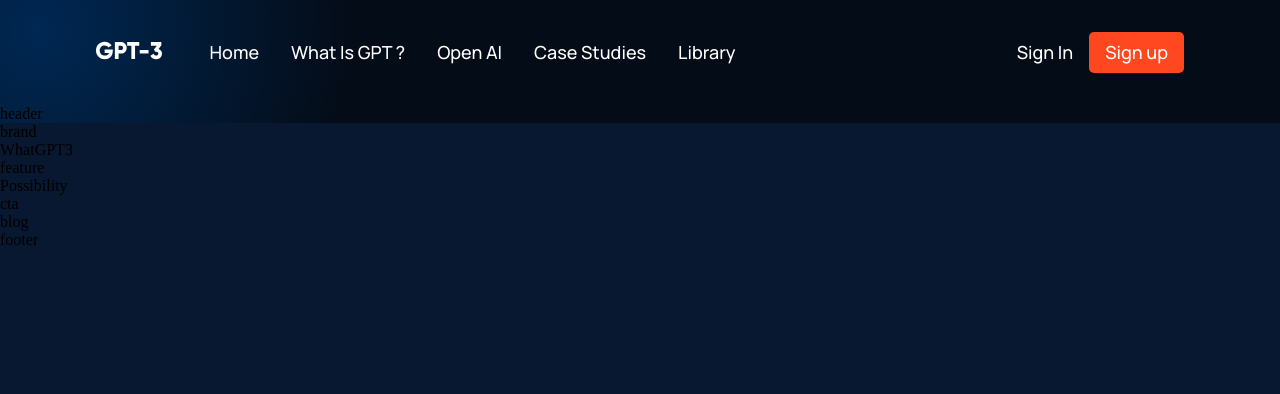
Repository: smitranjansingh29/gpt3-react
Page: /
The author's editor kept a copy of each file at every save. The page is drawn from the files as they stood at one save, then again after the next save.
The browser window is 1280 px wide. The pictures show the whole page.
The project was rebuilt for these pictures with package versions that can differ from the ones it lists, and the page was loaded fresh each time. Also part of the build but not shown: src/components/brand/brand.css, src/components/cta/cta.css, src/components/feature/feature.css, src/components/feature/Feature.jsx, src/containers/features/feature.css, src/containers/footer/footer.css, src/containers/header/header.css, src/containers/possibility/possibility.css and 1 more.

Above is the page before, as saved 2023-10-02 19:45:20.

### src/index.js
import React from 'react';
import ReactDOM from 'react-dom';
import App from './App';
import './index.css';

ReactDOM.render( < App / > , document.getElementById('root'));

### src/App.js
import React from 'react';

import { Brand , Cta , Navbar } from './components';
import { Footer , Blog , Possibility , Features , WhatGPT3 , Header } from './containers';

import './App.css';
const App = () => {
  return (
    <div className='App' >
    <div className='gradient__bg' >
      <Navbar/>
      <Header/>
    </div>
    <Brand/>
    <WhatGPT3/>
    <Features/>
    <Possibility/>
    <Cta/>
    <Blog/>
    <Footer/>
    </div>
  )
}

export default App

### src/index.css
@import url('https://fonts.googleapis.com/css2?family=Manrope:wght@200;300;400;500;600;700;800&display=swap');
:root {
    --font-family: 'Manrope', sans-serif;
    --gradient-text: linear-gradient(89.97deg, #AE67FA 1.84%, #F49867 102.67%);
    --gradient-bar: linear-gradient(103.22deg, #AE67FA -13.86%, #F49867 99.55%);
    --color-bg: #081830;
    --color-footer: #031B34;
    --color-blog: #042c54;
    --color-text: #81AFDD;
    --color-subtext: #FF8A71;
}

### src/components/index.js
export { default as Article } from './article/Article';
export { default as Brand } from './brand/Brand';
export { default as Cta } from './cta/Cta';
export { default as Feature } from './feature/Feature';
export { default as Navbar } from './navbar/Navbar';

### src/App.css
* {
    padding: 0;
    margin: 0;
    box-sizing: border-box;
    scroll-behavior: smooth;
}

body {
    background: var(--color-bg);
}

a {
    color: unset;
    text-decoration: none;
}

.gradient__bg {
    background: -moz-radial-gradient(circle at 3% 25%, rgba(0, 40, 83, 1) 0%, rgba(4, 12, 24, 1) 25%);
    /* safari 5.1+,chrome 10+ */
    background: -webkit-radial-gradient(circle at 3% 25%, rgba(0, 40, 83, 1) 0%, rgba(4, 12, 24, 1) 25%);
    /* opera 11.10+ */
    background: -o-radial-gradient(circle at 3% 25%, rgba(0, 40, 83, 1) 0%, rgba(4, 12, 24, 1) 25%);
    /* ie 10+ */
    background: -ms-radial-gradient(circle at 3% 25%, rgba(0, 40, 83, 1) 0%, rgba(4, 12, 24, 1) 25%);
    /* global 92%+ browsers support */
    background: radial-gradient(circle at 3% 25%, rgba(0, 40, 83, 1) 0%, rgba(4, 12, 24, 1) 25%);
}

.gradient__text {
    background: var(--gradient-text);
    background-clip: text;
    -webkit-background-clip: text;
    -webkit-text-fill-color: transparent;
}

.section__padding {
    padding: 4rem 6rem;
}

.section__margin {
    margin: 4rem 6rem;
}

.scale-up-center {
    -webkit-animation: scale-up-center 0.4s cubic-bezier(0.390, 0.575, 0.565, 1.000) both;
    animation: scale-up-center 0.4s cubic-bezier(0.390, 0.575, 0.565, 1.000) both;
}

@-webkit-keyframes scale-up-center {
    0% {
        -webkit-transform: scale(0.5);
        transform: scale(0.5);
    }
    100% {
        -webkit-transform: scale(1);
        transform: scale(1);
    }
}

@keyframes scale-up-center {
    0% {
        -webkit-transform: scale(0.5);
        transform: scale(0.5);
    }
    100% {
        -webkit-transform: scale(1);
        transform: scale(1);
    }
}

@media screen and (max-width: 700px) {
    .section__padding {
        padding: 4rem;
    }
    .section__margin {
        margin: 4rem;
    }
}

@media screen and (max-width: 550px) {
    .section__padding {
        padding: 4rem 2rem;
    }
    .section__margin {
        margin: 4rem 2rem;
    }
}

### src/components/article/Article.jsx
import React from 'react'

const Article = () => {
    return ( <
        div >
        Article <
        /div>
    )
}

export default Article

### src/components/brand/Brand.jsx
import React from 'react';
import './brand.css';
const Brand = () => {
  return (
    <div>
      brand
    </div>
  )
}

export default Brand

### src/components/cta/Cta.jsx
import React from 'react';
import './cta.css';
const Cta = () => {
  return (
    <div>
      cta
    </div>
  )
}

export default Cta

### src/components/navbar/Navbar.jsx
import React , { useState } from "react";
import { RiMenu3Line, RiCloseLine } from "react-icons/ri";
import logo from '../../assets/logo.svg'
import "./navbar.css";


const Navbar = () => {

const [toggleMenu , setToggleMenu] = useState(false);


  return (
    <div className="gpt3__navbar">
      <div className="gpt3__navbar-links">
        <div className="gpt3__navbar-links_logo">
          <img src={logo} alt="logo" />
        </div>
        <div className="gpt3__navbar-links_container">
          <p> <a href="#home"> Home </a> </p>
          <p> <a href="#wgpt3"> What is GPT ? </a> </p>
          <p> <a href="#possibility"> Open AI </a> </p>
          <p> <a href="#features"> Case Studies </a> </p>
          <p> <a href="#blog"> Library </a> </p>
        </div>
      </div>
      <div className="gpt3__navbar-sign" >
        <p>Sign in</p>
        <button type="button" >Sign up</button>
      </div>
      <div className="gpt3__navbar-menu" >
      {toggleMenu
          ? <RiCloseLine color="#fff" size={27} onClick={() => setToggleMenu(false)} />
          : <RiMenu3Line color="#fff" size={27} onClick={() => setToggleMenu(true)} />}
        {toggleMenu && (
        <div className="gpt3__navbar-menu_container scale-up-center">
          <div className="gpt3__navbar-menu_container-links">
            <p><a href="#home">Home</a></p>
            <p><a href="#wgpt3">What is GPT3?</a></p>
            <p><a href="#possibility">Open AI</a></p>
            <p><a href="#features">Case Studies</a></p>
            <p><a href="#blog">Library</a></p>
          </div>
          <div className="gpt3__navbar-menu_container-links-sign">
            <p>Sign in</p>
            <button type="button">Sign up</button>
          </div>
        </div>
        )}
      </div>
    </div>
  );
};

export default Navbar;

### src/containers/blog/Blog.jsx
import React from 'react'

const Blog = () => {
  return (
    <div>
      blog
    </div>
  )
}

export default Blog

### src/containers/features/Features.jsx
import React from 'react';
import './feature.css';
const Features = () => {
  return (
    <div>
      feature
    </div>
  )
}

export default Features

### src/containers/footer/Footer.jsx
import React from 'react';
import './footer.css';

const Footer = () => {
  return (
    <div>
      footer
    </div>
  )
}

export default Footer

### src/containers/header/Header.jsx
import React from 'react';
import './header.css';

const Header = () => {
  return (
    <div>
      header
    </div>
  )
}

export default Header

### src/containers/possibility/Possibility.jsx
import React from 'react';
import './possibility.css';
const Possibility = () => {
  return (
    <div>
      Possibility
    </div>
  )
}

export default Possibility

### src/containers/whatGPT3/WhatGPT3.jsx
import React from 'react';
import './whatGPT3.css';
const WhatGPT3 = () => {
    return ( <
        div >
        WhatGPT3 <
        /div>
    )
}

export default WhatGPT3

### src/components/navbar/navbar.css
.gpt3__navbar {
    display: flex;
    justify-content: space-between;
    align-items: center;
    padding: 2rem 6rem;
}

.gpt3__navbar-links {
    flex: 1;
    display: flex;
    justify-content: flex-start;
    align-items: center;
}

.gpt3__navbar-links_logo {
    margin-right: 2rem;
}

.gpt3__navbar-links_logo img {
    width: 65.56px;
    height: 20.02px;
}

.gpt3__navbar-links_container {
    display: flex;
    flex-direction: row;
}

.gpt3__navbar-sign {
    display: flex;
    justify-content: flex-end;
    align-items: center;
}

.gpt3__navbar-links_container p,
.gpt3__navbar-sign p,
.gpt3__navbar-menu_container p {
    color: #fff;
    font-family: var(--font-family);
    font-weight: 500;
    font-size: 18px;
    line-height: 25px;
    text-transform: capitalize;
    margin: 0 1rem;
    cursor: pointer;
}

.gpt3__navbar-sign button,
.gpt3__navbar-menu_container button {
    padding: 0.5rem 1rem;
    color: #fff;
    background: #FF4820;
    font-family: var(--font-family);
    font-weight: 500;
    font-size: 18px;
    line-height: 25px;
    border: none;
    outline: none;
    cursor: pointer;
    border-radius: 5px;
}

.gpt3__navbar-menu {
    margin-left: 1rem;
    display: none;
    position: relative;
}

.gpt3__navbar-menu svg {
    cursor: pointer;
}

.gpt3__navbar-menu_container {
    display: flex;
    justify-content: flex-end;
    align-items: flex-end;
    flex-direction: column;
    text-align: end;
    background: var(--color-footer);
    padding: 2rem;
    position: absolute;
    right: 0;
    top: 40px;
    margin-top: 1rem;
    min-width: 210px;
    border-radius: 5px;
    box-shadow: 0px 0px 5px rgba(0, 0, 0, 0.2);
}

.gpt3__navbar-menu_container p {
    margin: 1rem 0;
}

.gpt3__navbar-menu_container-links-sign {
    display: none;
}

@media screen and (max-width: 1050px) {
    .gpt3__navbar-links_container {
        display: none;
    }
    .gpt3__navbar-menu {
        display: flex;
    }
}

@media screen and (max-width: 700px) {
    .gpt3__navbar {
        padding: 2rem 4rem;
    }
}

@media screen and (max-width: 550px) {
    .gpt3__navbar {
        padding: 2rem;
    }
    .gpt3__navbar-sign {
        display: none;
    }
    .gpt3__navbar-menu_container {
        top: 20px;
    }
    .gpt3__navbar-menu_container-links-sign {
        display: block;
    }
}

Loaded but not shown: public/index.html (common file); src/containers/index.js (common file)

After the next save:
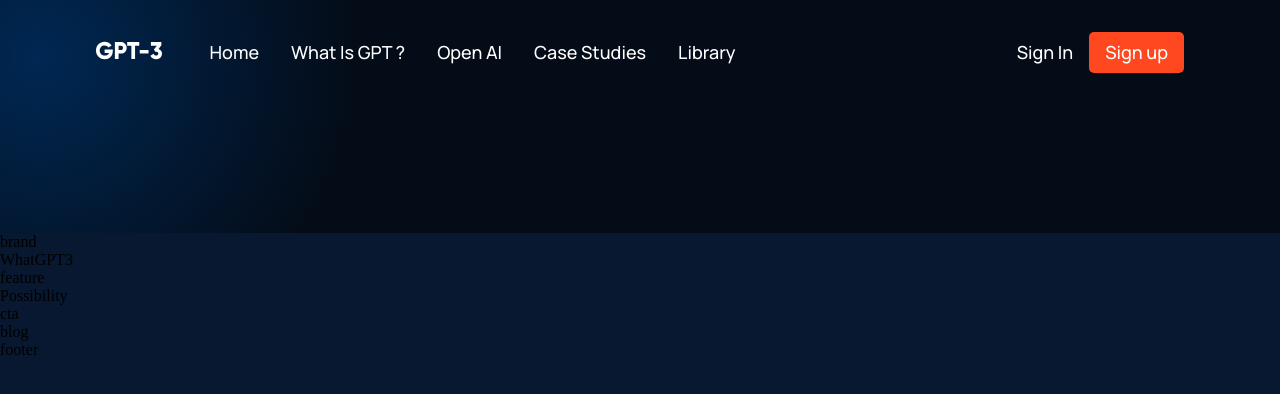
Saved 2 min 35 s later.
--- a/src/containers/header/Header.jsx
+++ b/src/containers/header/Header.jsx
@@ -3,8 +3,10 @@
 
 const Header = () => {
   return (
-    <div>
-      header
+    <div className="gpt3__header section__padding" id='home' >
+      <div className='gpt3__header-content' >
+      <h1 className='' ></h1>
+      </div>
     </div>
   )
 }
